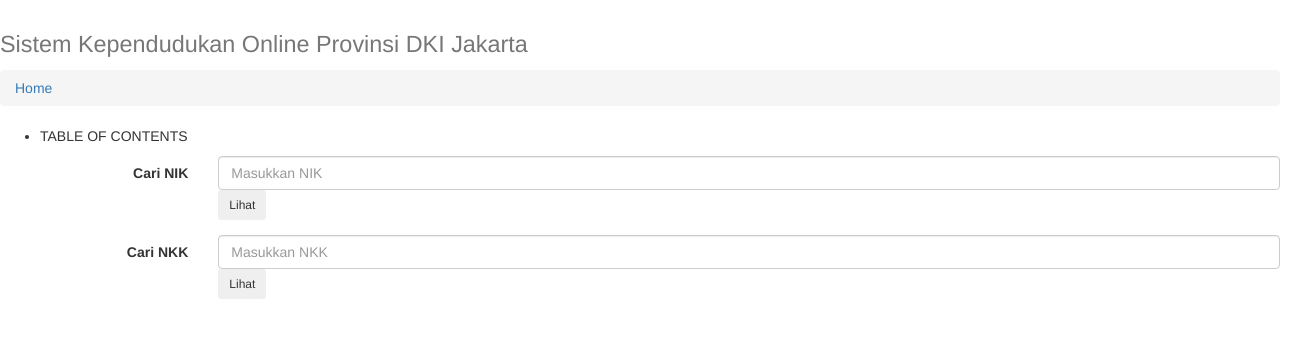
Repository: apap-2017/tugas1_1406544135
Page: http://localhost/index
These files come from the project's save history. The page is drawn as it stood at one moment and after the next save; the edit follows.
The browser window is 1280 px wide. The page is 1295 px wide, so the pictures cover 1295 px, including what lies to the right of the window. The pictures show the whole page.
The page is this project's Thymeleaf template; nobody is signed in. The template is opened directly, without the code that normally fills it, so the values that code supplies are empty.

Above is the page before, as saved 2017-10-20 04:48:44.

### Tugas1_1406544135/src/main/resources/templates/index.html
<!DOCTYPE HTML>
<html xmlns="http://www.w3.org/1999/xhtml"
	xmlns:th="http://www.thymeleaf.org">
<head>
<title>Siduk DKI</title>
<meta http-equiv="Content-Type" content="text/html; charset=UTF-8" />
     <link href="../../static/css/bootstrap.min.css" rel="stylesheet" th:href="@{/css/bootstrap.min.css}" />
</head>

<body>

	<section class="content-header">
		<h1>
			<small>Sistem Kependudukan Online Provinsi DKI Jakarta</small>
		</h1>
		<ol class="breadcrumb">
			<li><a th:href="@{/}">Home</a></li>
		</ol>
	</section>

	<aside class="main-sidebar">

			<!-- sidebar: style can be found in sidebar.less -->
			<section class="sidebar">

				<!-- Sidebar user panel (optional) -->


				<!-- Sidebar Menu -->
				<ul class="sidebar-menu">
					<li class="header">TABLE OF CONTENTS</li>
				</ul>
			</section>
	</aside>

	<form class="form-horizontal" action="/penduduk" method="get">
		<div class="form-group">
			<label class="col-sm-2 control-label">Cari NIK</label>
			<div class="col-sm-10">
				<input type="text" name="nik" class="form-control" placeholder="Masukkan NIK"/>
				<button type="submit" class="btn btn-sm bg-teal pull-left" name="action" value="save">Lihat</button>
			</div>
		</div>
	</form>

	<form class="form-horizontal" action="/keluarga" method="get">
		<div class="form-group">
			<label class="col-sm-2 control-label">Cari NKK</label>
			<div class="col-sm-10">
				<input type="text" name="nkk" class="form-control" placeholder="Masukkan NKK"/>
				<button type="submit" class="btn btn-sm bg-teal pull-left" name="action" value="save">Lihat</button>
			</div>
		</div>
	</form>

</body>

</html>

Loaded but not shown: Tugas1_1406544135/src/main/resources/static/css/bootstrap.min.css (library)

After the next save:
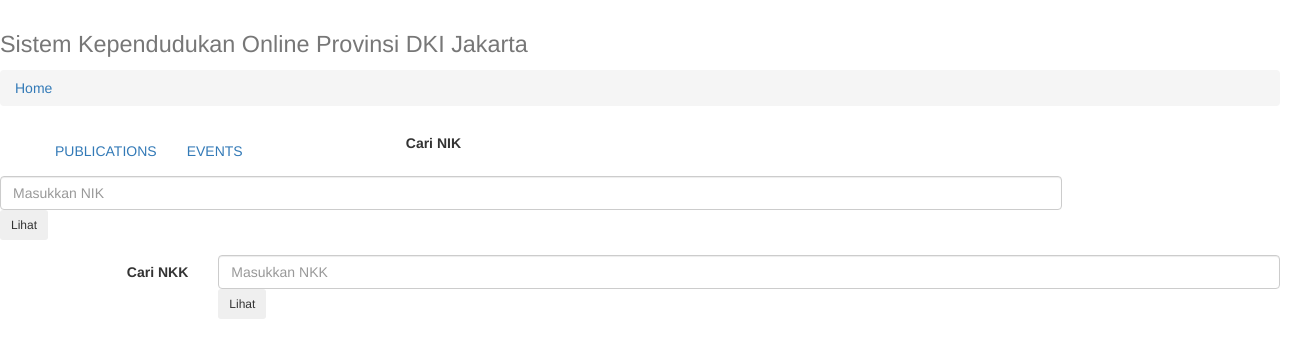
Saved 53 s later.
--- a/Tugas1_1406544135/src/main/resources/templates/index.html
+++ b/Tugas1_1406544135/src/main/resources/templates/index.html
@@ -28,7 +28,10 @@
 
 				<!-- Sidebar Menu -->
 				<ul class="sidebar-menu">
-					<li class="header">TABLE OF CONTENTS</li>
+					<ul class="nav navbar-nav">
+						<li><a th:href="@{/b8/home/publication}">PUBLICATIONS</a></li>
+						<li><a th:href="@{/b8/home/event}">EVENTS</a></li>
+					</ul>
 				</ul>
 			</section>
 	</aside>
